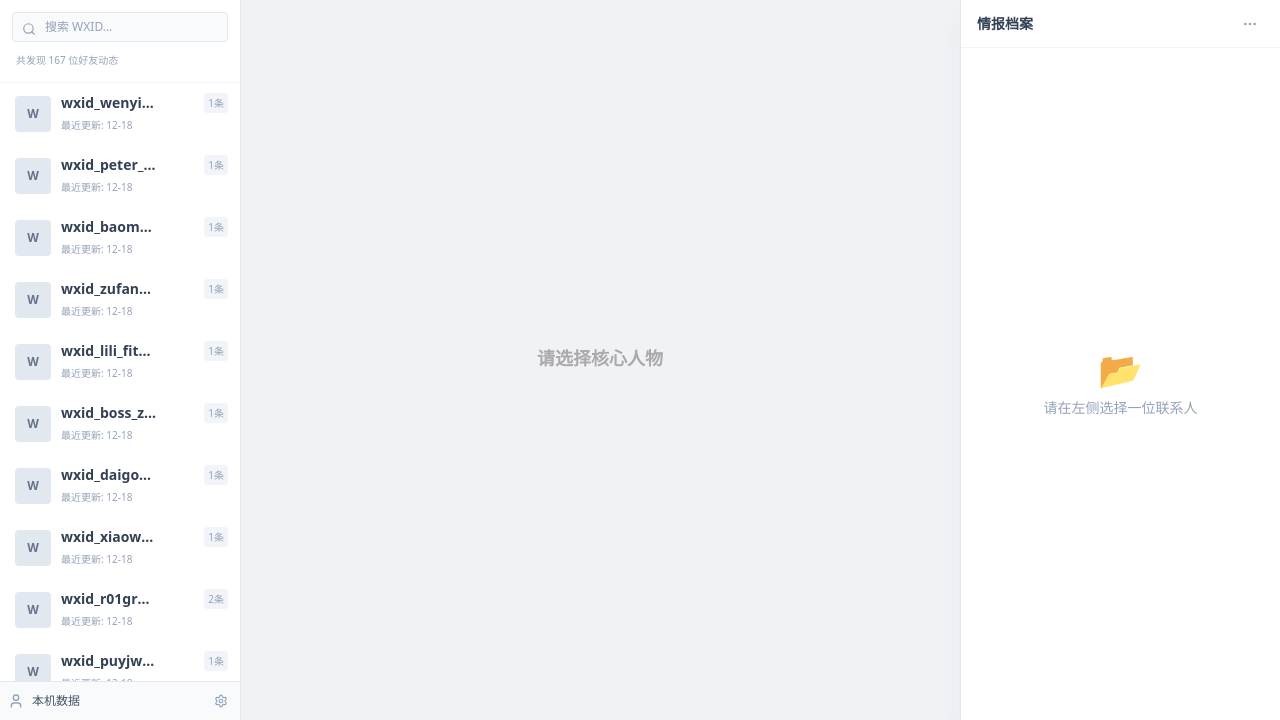
Repository: j76m8bhfny-a11y/wechatGalaxy
Page: / (app in client-radar/)
These files come from the project's save history. The page is drawn as it stood at one moment and after the next save; the edit follows.
The browser window is 1280 px wide. The pictures show the whole page.
The project was rebuilt for these pictures with package versions that can differ from the ones it lists, and the page was loaded fresh each time. Also part of the build but not shown: client-radar/vite.config.ts.

Above is the page before, as saved 2025-12-19 10:49:45.

### client-radar/src/main.ts
import { createApp } from "vue";
import { createPinia } from "pinia";
import App from "./App.vue";

// 👇 关键：必须引入这个 CSS 文件！
// 如果你的 CSS 文件在 src/assets/main.css，就写 import "./assets/main.css";
import "./style.css";

const app = createApp(App);
app.use(createPinia()); // 👈 挂载
app.mount("#app");

### client-radar/src/App.vue
<script setup lang="ts">
import { ref } from 'vue';
import Sidebar from "./components/Sidebar.vue";
import Feed from "./components/Feed.vue"; // 👈 新增引入
import GraphLens from "./components/GraphLens.vue";
import { Share2 } from "lucide-vue-next";

// === 1. 状态管理：左右两栏的宽度 ===
const leftWidth = ref(240);
const rightWidth = ref(320);

// 定义最小和最大宽度
const MIN_LEFT = 200;
const MAX_LEFT = 400;
const MIN_RIGHT = 280;
const MAX_RIGHT = 600; // 右侧最大宽度稍微放宽一点，方便看图

// === 2. 核心拖拽逻辑 (保持不变) ===
const isDragging = ref(false);

const startResize = (direction: 'left' | 'right', startEvent: MouseEvent) => {
  startEvent.preventDefault();
  isDragging.value = true;

  const startX = startEvent.clientX;
  const startWidth = direction === 'left' ? leftWidth.value : rightWidth.value;

  const onMouseMove = (moveEvent: MouseEvent) => {
    const deltaX = moveEvent.clientX - startX;

    if (direction === 'left') {
      const newWidth = startWidth + deltaX;
      if (newWidth >= MIN_LEFT && newWidth <= MAX_LEFT) {
        leftWidth.value = newWidth;
      }
    } else {
      const newWidth = startWidth - deltaX;
      if (newWidth >= MIN_RIGHT && newWidth <= MAX_RIGHT) {
        rightWidth.value = newWidth;
      }
    }
  };

  const onMouseUp = () => {
    isDragging.value = false;
    document.removeEventListener('mousemove', onMouseMove);
    document.removeEventListener('mouseup', onMouseUp);
    document.body.style.cursor = '';
  };

  document.addEventListener('mousemove', onMouseMove);
  document.addEventListener('mouseup', onMouseUp);
  document.body.style.cursor = 'col-resize';
};
</script>

<template>
  <div class="flex h-screen w-screen overflow-hidden bg-[#F3F3F3] text-slate-800 font-sans text-sm">

    <div :style="{ width: leftWidth + 'px' }" class="shrink-0 flex flex-col h-full relative">
      <Sidebar />
    </div>

    <div
      class="w-1 hover:w-1.5 h-full cursor-col-resize z-50 flex justify-center items-center group -ml-0.5 hover:bg-blue-500/10 transition-colors"
      @mousedown="(e) => startResize('left', e)"
    >
      <div class="w-[1px] h-full bg-slate-200 group-hover:bg-blue-400 transition-colors"></div>
    </div>

    <main class="flex-1 flex flex-col relative overflow-hidden bg-[#F0F2F5]">
      <GraphLens />
    </main>

    <div
      class="w-1 hover:w-1.5 h-full cursor-col-resize z-50 flex justify-center items-center group -mr-0.5 hover:bg-blue-500/10 transition-colors"
      @mousedown="(e) => startResize('right', e)"
    >
      <div class="w-[1px] h-full bg-slate-200 group-hover:bg-blue-400 transition-colors"></div>
    </div>

    <aside
      :style="{ width: rightWidth + 'px' }"
      class="bg-white border-l border-slate-200 flex flex-col shrink-0 z-10 shadow-xl shadow-slate-200/50"
    >
      <Feed />
    </aside>

  </div>
</template>

<style>
body {
  margin: 0;
  font-family: 'Microsoft YaHei UI', 'Segoe UI', system-ui, sans-serif;
  -webkit-font-smoothing: antialiased;
}
</style>

### client-radar/src/components/Sidebar.vue
<script setup lang="ts">
import { ref, computed } from 'vue';
import { Search, Settings, User } from 'lucide-vue-next';
import { useMomentsStore } from '../stores/moments'; // 👈 引入 Store

// 1. 启用 Store
const store = useMomentsStore();

// 2. 搜索逻辑
const searchText = ref('');

// 3. 过滤联系人 (支持搜 wxid)
const filteredContacts = computed(() => {
  let list = store.contacts;

  if (searchText.value) {
    const key = searchText.value.toLowerCase();
    list = list.filter(c => c.name.toLowerCase().includes(key));
  }

  return list;
});

// 处理点击
const selectContact = (id: string) => {
  store.selectedWxid = id;
};
</script>

<template>
  <div class="flex flex-col h-full w-full select-none text-sm bg-white">

    <div class="p-3 border-b border-slate-100 space-y-2">
      <div class="relative">
        <Search class="absolute left-2.5 top-2.5 h-3.5 w-3.5 text-slate-400" />
        <input
          v-model="searchText"
          type="text"
          placeholder="搜索 WXID..."
          class="w-full pl-8 pr-3 py-1.5 bg-slate-50 border border-slate-200 rounded text-xs focus:outline-none focus:ring-1 focus:ring-blue-500 transition-all placeholder:text-slate-400"
        />
      </div>
      <div class="text-[10px] text-slate-400 px-1">
        共发现 {{ store.contacts.length }} 位好友动态
      </div>
    </div>

    <div class="flex-1 overflow-y-auto scrollbar-thin">
      <div
        v-for="contact in filteredContacts"
        :key="contact.id"
        @click="selectContact(contact.id)"
        :class="['flex items-center px-3 py-2.5 cursor-pointer border-l-[3px] transition-colors',
          store.selectedWxid === contact.id ? 'bg-blue-50 border-blue-600' : 'border-transparent hover:bg-slate-50']"
      >
        <div class="h-9 w-9 rounded bg-slate-200 flex items-center justify-center text-slate-500 font-bold text-xs shrink-0 overflow-hidden">
           {{ contact.avatar }}
        </div>

        <div class="ml-2.5 overflow-hidden flex-1">
          <div class="flex items-center justify-between">
            <span class="text-sm font-bold text-slate-700 truncate w-24" :title="contact.name">
              {{ contact.name }}
            </span>
            <span class="text-[10px] text-slate-400 bg-slate-100 px-1 rounded">
              {{ contact.momentCount }}条
            </span>
          </div>
          <div class="text-[10px] text-slate-400 truncate mt-0.5">
            最近更新: {{ contact.latestDate.substring(5, 10) }}
          </div>
        </div>
      </div>
    </div>

    <div class="p-2 border-t border-slate-200 bg-slate-50 flex items-center justify-between">
      <div class="flex items-center space-x-2">
        <User class="h-4 w-4 text-slate-400"/>
        <div class="text-xs text-slate-600 font-medium">本机数据</div>
      </div>
      <button class="p-1 hover:bg-slate-200 rounded text-slate-400">
        <Settings class="h-3.5 w-3.5" />
      </button>
    </div>
  </div>
</template>

<style scoped>
.scrollbar-thin::-webkit-scrollbar {
  width: 3px;
}
.scrollbar-thin::-webkit-scrollbar-thumb {
  background-color: #cbd5e1;
  border-radius: 4px;
}
</style>

### client-radar/src/components/GraphLens.vue
<script setup lang="ts">
import { computed } from 'vue';
import { useMomentsStore, type Moment } from '../stores/moments';
import { useContactsStore } from '../stores/contacts'; // 引入新仓库
import { use } from 'echarts/core';
import { CanvasRenderer } from 'echarts/renderers';
import { GraphChart } from 'echarts/charts';
import { TitleComponent, TooltipComponent, LegendComponent } from 'echarts/components';
import VChart from 'vue-echarts';

use([CanvasRenderer, GraphChart, TitleComponent, TooltipComponent, LegendComponent]);

const store = useMomentsStore();
const contactStore = useContactsStore(); // 启用新仓库

// --- 核心算法 ---
const chartOption = computed(() => {
  const centerId = store.selectedWxid;
  if (!centerId) {
    return { title: { text: '请选择核心人物', left: 'center', top: 'center', textStyle: { color: '#aaa' } } };
  }

  // 1. 构建图谱
  const globalGraph = new Map<string, Set<string>>();
  const edgeWeights = new Map<string, number>();

  const addEdge = (u: string, v: string) => {
    if (u === v) return;
    if (!globalGraph.has(u)) globalGraph.set(u, new Set());
    if (!globalGraph.has(v)) globalGraph.set(v, new Set());
    globalGraph.get(u)!.add(v);
    globalGraph.get(v)!.add(u);

    const key = u < v ? `${u}-${v}` : `${v}-${u}`;
    edgeWeights.set(key, (edgeWeights.get(key) || 0) + 1);
  };

  const moments = store.moments || [];
  moments.forEach((m: Moment) => {
    const author = m.author_wxid;
    if (m.interactions?.likes) {
      m.interactions.likes.forEach(user => { if (user.wxid) addEdge(author, user.wxid); });
    }
    if (m.interactions?.comments) {
      m.interactions.comments.forEach(comment => { if (comment.wxid) addEdge(author, comment.wxid); });
    }
  });

  // 2. BFS
  const MAX_LEVEL = 6;
  const MAX_NODES = 150;
  const visited = new Map<string, number>();
  const queue: { id: string, level: number }[] = [];

  queue.push({ id: centerId, level: 0 });
  visited.set(centerId, 0);
  const validNodeIds = new Set<string>();

  while (queue.length > 0) {
    const { id, level } = queue.shift()!;
    if (validNodeIds.size >= MAX_NODES) break;
    validNodeIds.add(id);

    if (level < MAX_LEVEL) {
      const neighbors = globalGraph.get(id);
      if (neighbors) {
        neighbors.forEach(neighborId => {
          if (!visited.has(neighborId)) {
            visited.set(neighborId, level + 1);
            queue.push({ id: neighborId, level: level + 1 });
          }
        });
      }
    }
  }

  // 3. 生成数据
  const resultNodes: any[] = [];
  const resultLinks: any[] = [];

  validNodeIds.forEach(id => {
    const level = visited.get(id)!;
    const isCenter = level === 0;
    const isSelected = store.filterWxid === id;

    let size = 15;
    if (level === 0) size = 65;
    else if (level === 1) size = 45;
    else if (level === 2) size = 28;

    // ✅ 关键：使用 Store 获取真名
    const displayName = contactStore.getDisplayName(id);

    resultNodes.push({
      id: id,
      name: displayName, // ECharts 显示的名字
      originalId: id,    // 原始 ID
      symbolSize: size,
      value: `Level ${level}`,
      category: level,
      label: {
        show: level <= 1 || isSelected,
        fontSize: isCenter ? 12 : 10,
        fontWeight: isCenter ? 'bold' : 'normal',
        color: isCenter ? '#fff' : '#333'
      },
      itemStyle: {
        color: isSelected ? '#f97316' : null,
        shadowBlur: isSelected ? 10 : 0,
        shadowColor: '#f97316'
      }
    });
  });

  // 4. 生成连线
  const linkSet = new Set<string>();
  validNodeIds.forEach(source => {
    const neighbors = globalGraph.get(source);
    if (neighbors) {
      neighbors.forEach(target => {
        if (validNodeIds.has(target)) {
          const key = source < target ? `${source}-${target}` : `${target}-${source}`;
          if (!linkSet.has(key)) {
            linkSet.add(key);
            const weight = edgeWeights.get(key) || 1;
            const lineWidth = Math.min(1 + (weight - 1) * 0.5, 6);
            const opacity = Math.min(0.3 + (weight * 0.1), 1);

            resultLinks.push({
              source, target,
              lineStyle: { width: lineWidth, opacity: opacity, curveness: 0.1, color: '#64748b' },
              value: weight
            });
          }
        }
      });
    }
  });

  return {
    color: ['#1e40af', '#3b82f6', '#93c5fd', '#94a3b8', '#94a3b8', '#94a3b8'],
    tooltip: { trigger: 'item' },
    legend: { show: true, bottom: 5, data: ['核心 (You)', '1级好友', '2级人脉', '3级+ 路人'], textStyle: { color: '#666', fontSize: 10 } },
    series: [
      {
        type: 'graph',
        layout: 'force',
        data: resultNodes,
        links: resultLinks,
        categories: [{ name: '核心 (You)' }, { name: '1级好友' }, { name: '2级人脉' }, { name: '3级+ 路人' }, { name: '3级+ 路人' }, { name: '3级+ 路人' }],
        roam: true,
        draggable: true,
        force: { repulsion: 200, gravity: 0.08, edgeLength: [40, 100], layoutAnimation: true },
        emphasis: { focus: 'adjacency', lineStyle: { width: 4, color: '#f59e0b', opacity: 1 } }
      }
    ]
  };
});

// --- 交互逻辑 ---
const handleNodeClick = (params: any) => {
  if (params.dataType === 'node') {
    const clickedWxid = params.data.originalId;
    if (clickedWxid === store.selectedWxid || clickedWxid === store.filterWxid) {
      store.filterWxid = '';
    } else {
      store.filterWxid = clickedWxid;
    }
  }
};

const handleBlankClick = () => {
  if (store.filterWxid) store.filterWxid = '';
};
</script>

<template>
  <div class="w-full h-full relative bg-[#F0F2F5] flex flex-col overflow-hidden">
    <div v-if="store.selectedWxid" class="absolute top-3 left-3 z-10 pointer-events-none select-none">
      <div class="bg-white/90 backdrop-blur px-3 py-2 rounded-lg border border-slate-200 shadow-sm">
        <div class="text-[10px] text-slate-400 font-bold uppercase tracking-wider">FILTER MODE</div>
        <div class="text-sm font-bold text-slate-800 truncate max-w-[150px]">{{ contactStore.getDisplayName(store.selectedWxid) }}</div>

        <div v-if="store.filterWxid" class="mt-1 flex items-center space-x-1 animate-pulse">
           <span class="text-[10px] text-orange-500 font-bold">🔍 仅显示与 {{ contactStore.getDisplayName(store.filterWxid) }} 的互动</span>
        </div>
        <div v-else class="mt-1 text-[10px] text-slate-400">
           显示全部动态
        </div>
      </div>
    </div>

    <v-chart
      class="chart-canvas"
      :option="chartOption"
      autoresize
      @click="handleNodeClick"
      @zr:click="handleBlankClick"
    />
  </div>
</template>

<style scoped>
.chart-canvas {
  width: 100%;
  height: 100%;
}
</style>

### client-radar/src/stores/moments.ts
import { defineStore } from 'pinia';
import { ref, computed, shallowRef } from 'vue';
import rawData from '../assets/moments_full.json';

// --- 类型定义 ---
export interface Interaction {
  wxid: string;
  time?: string;
  content?: string;
}

export interface Moment {
  id: string;
  author_wxid: string;
  timestamp: number;
  date: string;
  content: {
    text: string;
    media: any[];
  };
  interactions: {
    likes: Interaction[];
    comments: Interaction[];
  };
}

export interface Contact {
  id: string;
  name: string;
  avatar: string;
  momentCount: number;
  latestDate: string;
}

// --- Store ---
export const useMomentsStore = defineStore('moments', () => {
  const moments = shallowRef<Moment[]>(rawData as any as Moment[]);

  // 1. 当前选中的核心人物 (Author)
  const selectedWxid = ref<string>('');

  // 2. 🆕 新增：当前选中的互动者 (用于筛选右侧内容)
  // 如果为空，显示所有朋友圈；如果不为空，只显示和他有关的
  const filterWxid = ref<string>('');

  // 3. 计算联系人列表 (侧边栏用)
  const contacts = computed(() => {
    const map = new Map<string, Contact>();
    moments.value.forEach((m) => {
      const wxid = m.author_wxid;
      if (!map.has(wxid)) {
        map.set(wxid, {
          id: wxid,
          name: wxid,
          avatar: wxid.substring(0, 1).toUpperCase(),
          momentCount: 0,
          latestDate: m.date
        });
      }
      const contact = map.get(wxid)!;
      contact.momentCount++;
      if (m.date > contact.latestDate) contact.latestDate = m.date;
    });
    return Array.from(map.values()).sort((a, b) => b.latestDate.localeCompare(a.latestDate));
  });

  // 4. 获取当前核心人物的所有朋友圈
  const currentMoments = computed(() => {
    if (!selectedWxid.value) return [];
    return moments.value.filter((m) => m.author_wxid === selectedWxid.value);
  });

  // 5. 🆕 新增：过滤后的展示列表 (Feed 用)
  const filteredMoments = computed(() => {
    // 如果没有核心人物，返回空
    if (!selectedWxid.value) return [];

    // 基础列表：核心人物的所有朋友圈
    const baseList = currentMoments.value;

    // 如果没有设置筛选人，直接返回全部
    if (!filterWxid.value) return baseList;

    // 核心逻辑：只保留 filterWxid 参与互动的条目
    const targetId = filterWxid.value;
    return baseList.filter(m => {
      const hasLike = m.interactions?.likes?.some(u => u.wxid === targetId);
      const hasComment = m.interactions?.comments?.some(u => u.wxid === targetId);
      return hasLike || hasComment;
    });
  });

  return {
    moments,
    contacts,
    selectedWxid,
    filterWxid,      // 导出给组件用
    currentMoments,
    filteredMoments  // 导出给 Feed 用
  };
});

### client-radar/src/stores/contacts.ts
import { defineStore } from 'pinia';
import { ref } from 'vue';
// 引入刚才创建的静态字典 (未来这里会变成从数据库读取)
import mockData from '../assets/contacts_map.json';

export const useContactsStore = defineStore('contacts', () => {
  // 1. 联系人映射表 Record<wxid, name>
  const contactMap = ref<Record<string, string>>(mockData);

  // 2. 核心方法：获取显示名称
  // 逻辑：有备注显示备注，没备注显示处理过的 wxid
  const getDisplayName = (wxid: string): string => {
    if (!wxid) return '未知用户';

    // 命中字典，直接返回真名
    if (contactMap.value[wxid]) {
      return contactMap.value[wxid];
    }

    // 没命中，美化一下 wxid (比如 wxid_123456 -> user_3456)
    if (wxid.length > 10) {
      return `user_${wxid.substring(wxid.length - 4)}`;
    }

    return wxid;
  };

  // 3. 未来扩展：修改备注 (Phase 3 后期功能)
  const updateContactName = (wxid: string, newName: string) => {
    contactMap.value[wxid] = newName;
  };

  return {
    contactMap,
    getDisplayName,
    updateContactName
  };
});

Loaded but not shown: client-radar/index.html (common file); client-radar/src/style.css (common file); client-radar/tailwind.config.js (common file); client-radar/src/assets/moments_full.json (5575 lines, source omitted); client-radar/src/assets/contacts_map.json (7 lines, source omitted); client-radar/src/components/Feed.vue (183 lines, source omitted)

After the next save:
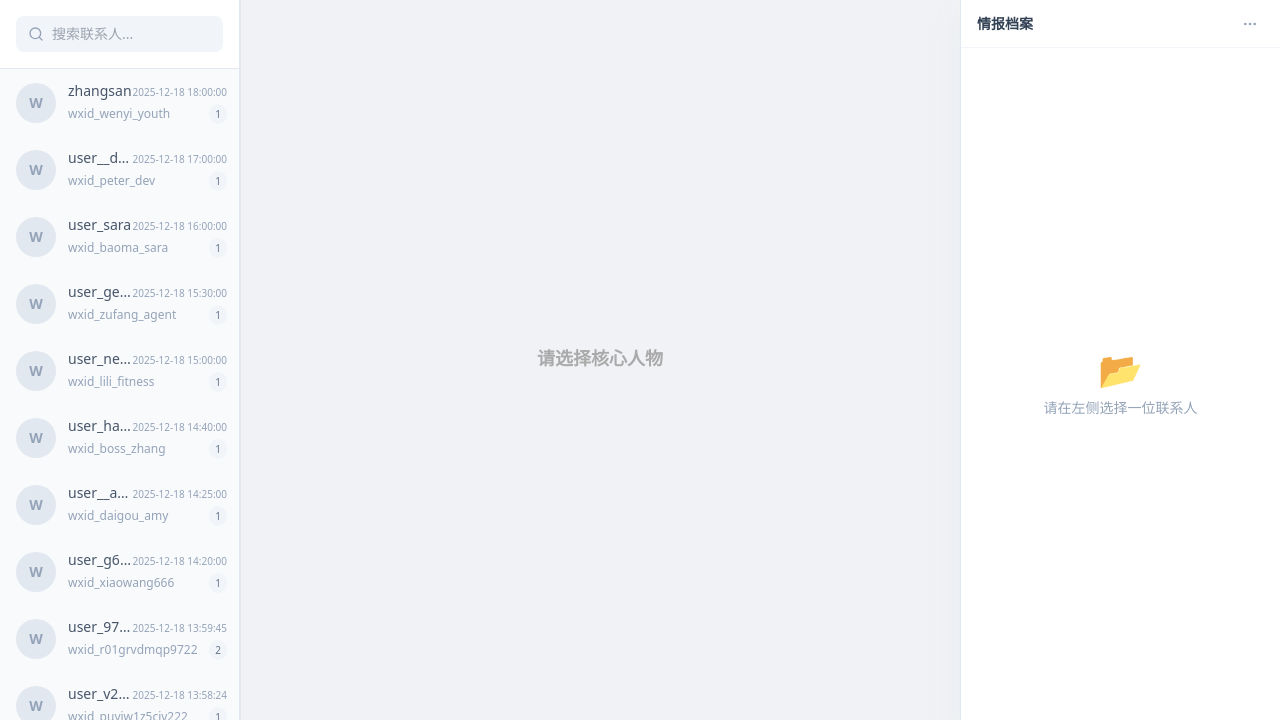
Saved 4 min 2 s later.
--- a/client-radar/src/components/Sidebar.vue
+++ b/client-radar/src/components/Sidebar.vue
@@ -1,96 +1,70 @@
 <script setup lang="ts">
-import { ref, computed } from 'vue';
-import { Search, Settings, User } from 'lucide-vue-next';
-import { useMomentsStore } from '../stores/moments'; // 👈 引入 Store
+import { useMomentsStore } from '../stores/moments';
+import { useContactsStore } from '../stores/contacts'; // 👈 1. 引入联系人仓库
+import { Search } from 'lucide-vue-next';
 
-// 1. 启用 Store
 const store = useMomentsStore();
+const contactStore = useContactsStore(); // 👈 2. 启用
 
-// 2. 搜索逻辑
-const searchText = ref('');
-
-// 3. 过滤联系人 (支持搜 wxid)
-const filteredContacts = computed(() => {
-  let list = store.contacts;
-
-  if (searchText.value) {
-    const key = searchText.value.toLowerCase();
-    list = list.filter(c => c.name.toLowerCase().includes(key));
-  }
-
-  return list;
-});
-
-// 处理点击
-const selectContact = (id: string) => {
-  store.selectedWxid = id;
+const selectContact = (wxid: string) => {
+  store.selectedWxid = wxid;
+  // 切换联系人时，同时也清空筛选状态，避免逻辑混乱
+  store.filterWxid = '';
 };
 </script>
 
 <template>
-  <div class="flex flex-col h-full w-full select-none text-sm bg-white">
-
-    <div class="p-3 border-b border-slate-100 space-y-2">
+  <div class="flex flex-col h-full bg-slate-50 border-r border-slate-200">
+    <div class="p-4 border-b border-slate-200 bg-white">
       <div class="relative">
-        <Search class="absolute left-2.5 top-2.5 h-3.5 w-3.5 text-slate-400" />
+        <Search class="absolute left-3 top-2.5 h-4 w-4 text-slate-400" />
         <input
-          v-model="searchText"
           type="text"
-          placeholder="搜索 WXID..."
-          class="w-full pl-8 pr-3 py-1.5 bg-slate-50 border border-slate-200 rounded text-xs focus:outline-none focus:ring-1 focus:ring-blue-500 transition-all placeholder:text-slate-400"
+          placeholder="搜索联系人..."
+          class="w-full pl-9 pr-4 py-2 bg-slate-100 border-none rounded-lg text-sm focus:ring-2 focus:ring-blue-500 outline-none transition-all"
         />
-      </div>
-      <div class="text-[10px] text-slate-400 px-1">
-        共发现 {{ store.contacts.length }} 位好友动态
       </div>
     </div>
 
-    <div class="flex-1 overflow-y-auto scrollbar-thin">
+    <div class="flex-1 overflow-y-auto scrollbar-hide">
       <div
-        v-for="contact in filteredContacts"
+        v-for="contact in store.contacts"
         :key="contact.id"
         @click="selectContact(contact.id)"
-        :class="['flex items-center px-3 py-2.5 cursor-pointer border-l-[3px] transition-colors',
-          store.selectedWxid === contact.id ? 'bg-blue-50 border-blue-600' : 'border-transparent hover:bg-slate-50']"
+        :class="['flex items-center p-3 cursor-pointer transition-colors hover:bg-white',
+          store.selectedWxid === contact.id ? 'bg-white border-l-4 border-blue-500 shadow-sm' : 'border-l-4 border-transparent text-slate-500']"
       >
-        <div class="h-9 w-9 rounded bg-slate-200 flex items-center justify-center text-slate-500 font-bold text-xs shrink-0 overflow-hidden">
-           {{ contact.avatar }}
+        <div :class="['w-10 h-10 rounded-full flex items-center justify-center text-sm font-bold mr-3 shrink-0 transition-colors',
+          store.selectedWxid === contact.id ? 'bg-blue-100 text-blue-600' : 'bg-slate-200 text-slate-400']">
+          {{ contact.avatar }}
         </div>
 
-        <div class="ml-2.5 overflow-hidden flex-1">
-          <div class="flex items-center justify-between">
-            <span class="text-sm font-bold text-slate-700 truncate w-24" :title="contact.name">
-              {{ contact.name }}
+        <div class="flex-1 min-w-0">
+          <div class="flex justify-between items-baseline mb-0.5">
+            <span :class="['font-medium truncate text-sm', store.selectedWxid === contact.id ? 'text-slate-800' : 'text-slate-600']">
+              {{ contactStore.getDisplayName(contact.id) }}
             </span>
-            <span class="text-[10px] text-slate-400 bg-slate-100 px-1 rounded">
-              {{ contact.momentCount }}条
+            <span class="text-[10px] text-slate-400 shrink-0">{{ contact.latestDate }}</span>
+          </div>
+          <div class="flex justify-between items-center text-xs">
+            <span class="truncate text-slate-400 pr-2">
+              {{ contact.id }} </span>
+            <span class="bg-slate-100 text-slate-500 px-1.5 py-0.5 rounded-full text-[10px] font-medium">
+              {{ contact.momentCount }}
             </span>
-          </div>
-          <div class="text-[10px] text-slate-400 truncate mt-0.5">
-            最近更新: {{ contact.latestDate.substring(5, 10) }}
           </div>
         </div>
       </div>
-    </div>
-
-    <div class="p-2 border-t border-slate-200 bg-slate-50 flex items-center justify-between">
-      <div class="flex items-center space-x-2">
-        <User class="h-4 w-4 text-slate-400"/>
-        <div class="text-xs text-slate-600 font-medium">本机数据</div>
-      </div>
-      <button class="p-1 hover:bg-slate-200 rounded text-slate-400">
-        <Settings class="h-3.5 w-3.5" />
-      </button>
     </div>
   </div>
 </template>
 
 <style scoped>
-.scrollbar-thin::-webkit-scrollbar {
-  width: 3px;
+.scrollbar-hide::-webkit-scrollbar {
+  display: none;
 }
-.scrollbar-thin::-webkit-scrollbar-thumb {
-  background-color: #cbd5e1;
-  border-radius: 4px;
+.scrollbar-hide {
+  -ms-overflow-style: none;
+  scrollbar-width: none;
 }
 </style>
